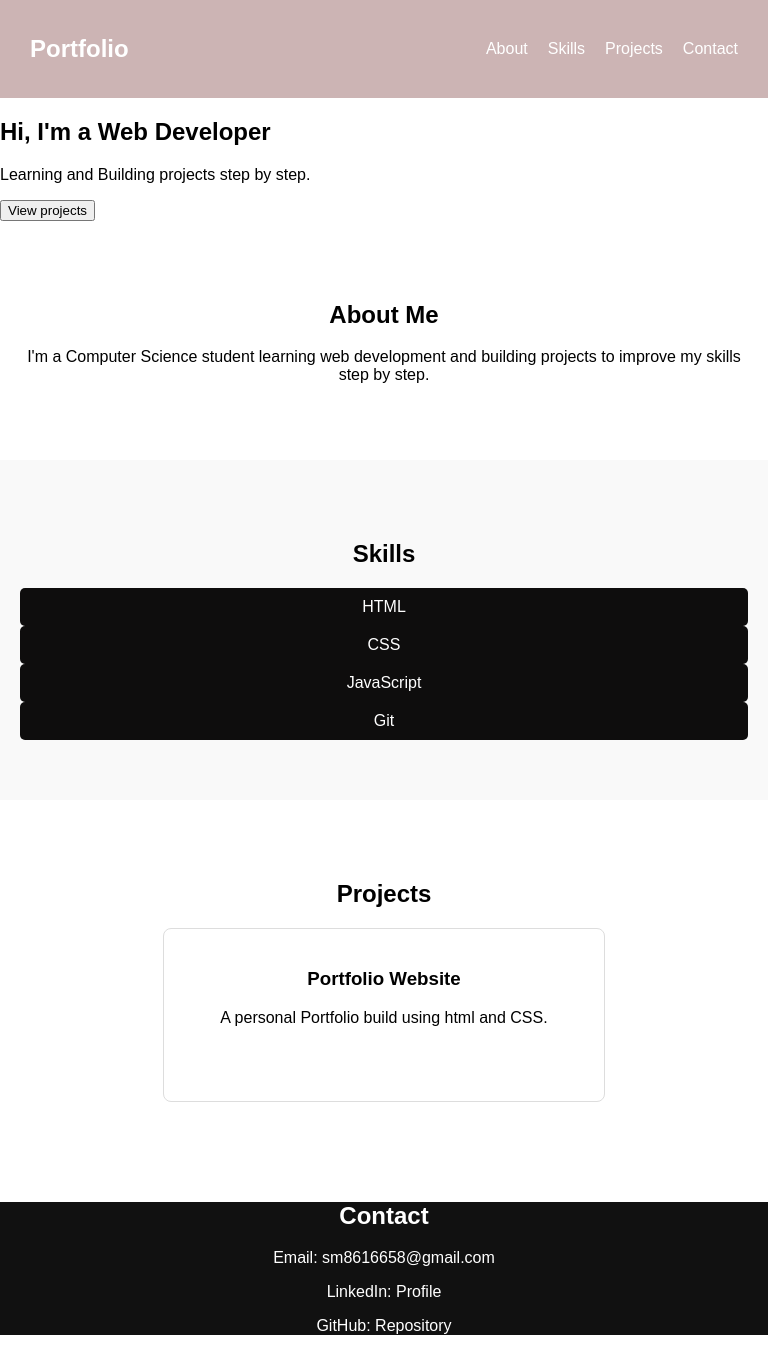
Repository: syeda-naqvi-hub/Portfolio-website
Page: python/portfolio/index.html
An editor plug-in stored every save of this project. The page is shown before and after the next save, followed by the edit.
The browser window is 768 px wide. The pictures show the whole page.

Above is the page before, as saved 2026-02-07 11:49:48.

After the next save:
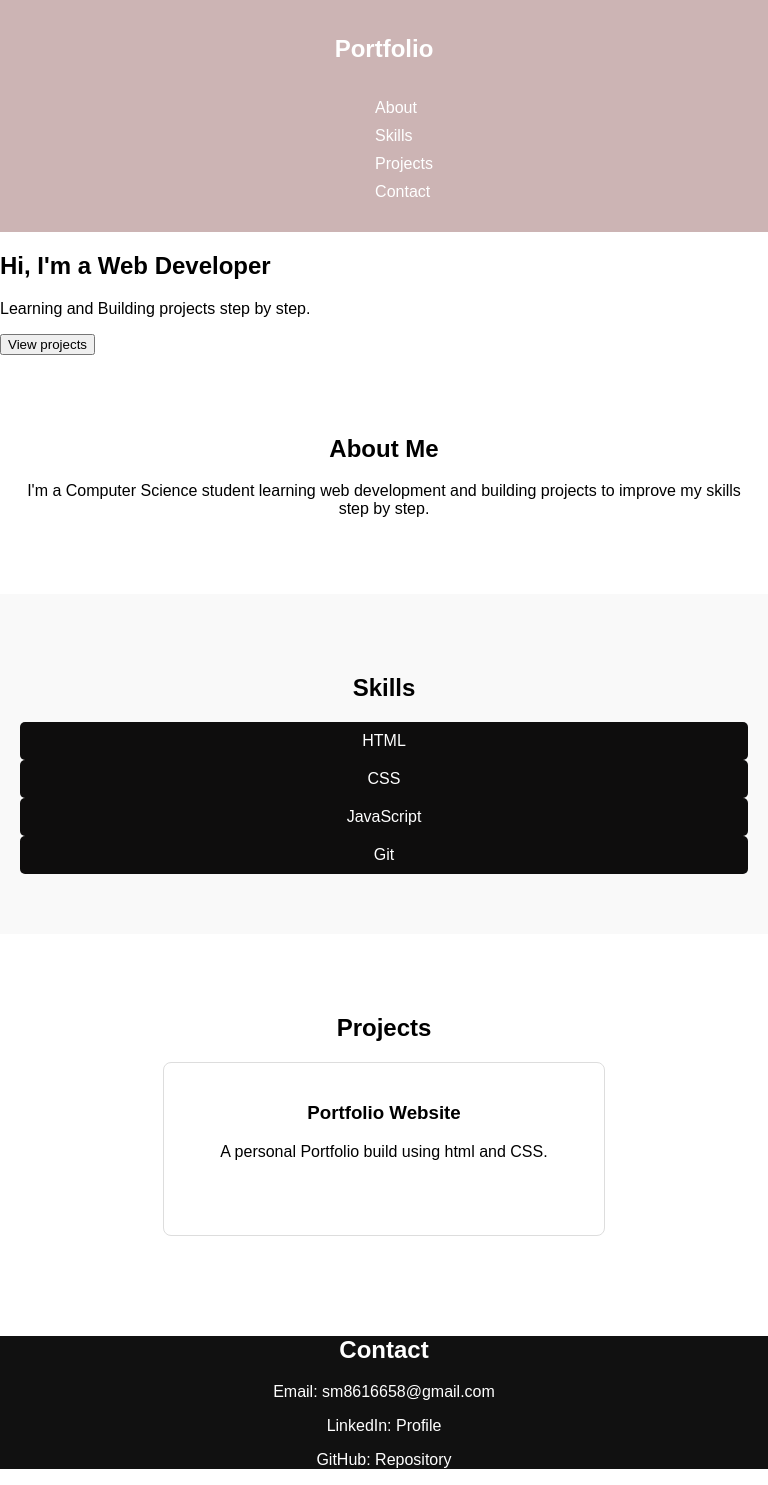
Saved 5 min 36 s later.
--- a/python/portfolio/style.css
+++ b/python/portfolio/style.css
@@ -71,3 +71,21 @@ a {
     padding: 40x;
     text-align: center;
 }
+@media (max-width: 768px)
+{
+    nav {
+        flex-direction: column;
+    }
+    ul {
+        flex-direction: column;
+        gap: 10px;
+    }
+    .skills-list {
+        flex-direction: column;
+        align-items: center;
+    }
+    .hero {
+        height: auto;
+        padding: 40px 20px;
+    }
+}
